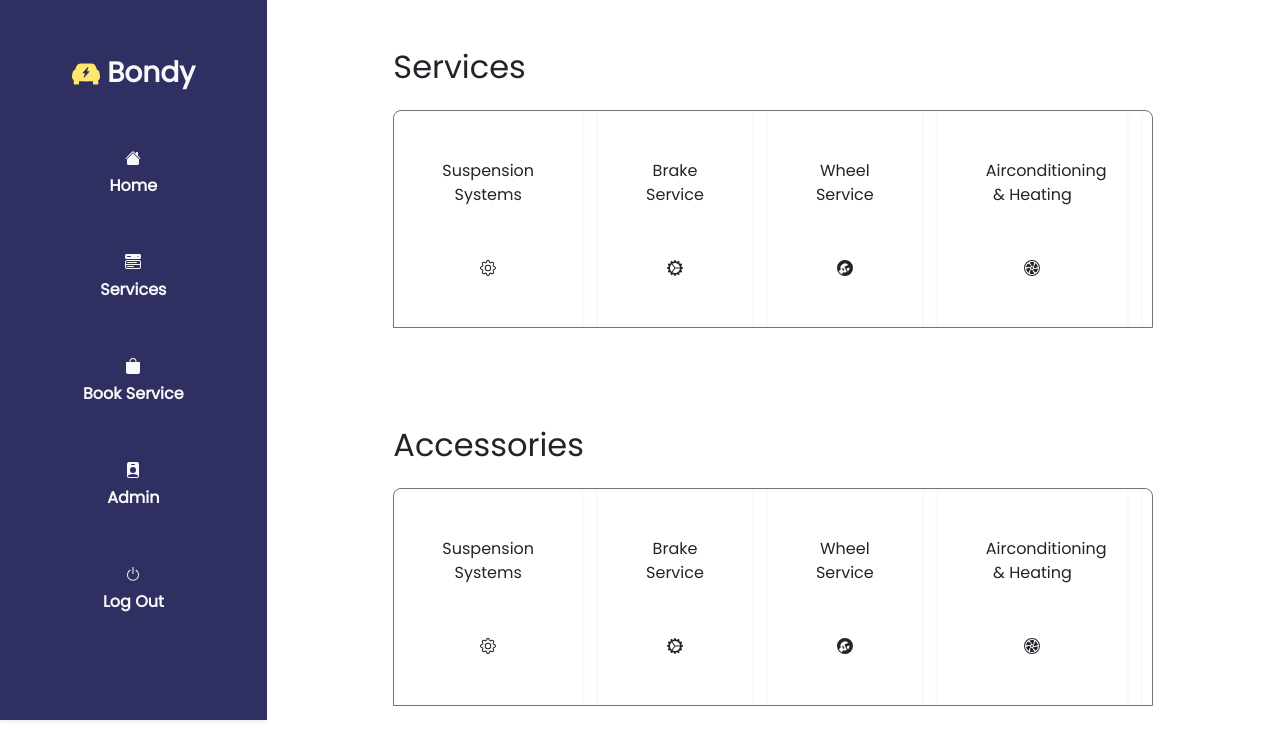
Repository: duzzisantos/bondy
Page: /
The author's editor kept a copy of each file at every save. The page is drawn from the files as they stood at one save, then again after the next save.
The browser window is 1280 px wide. The pictures show the whole page.
Some web libraries are served in a nearby version. The project was rebuilt for these pictures with package versions that can differ from the ones it lists, and the page was loaded fresh each time.

Above is the page before, as saved 2023-06-18 00:54:48.

After the next save:
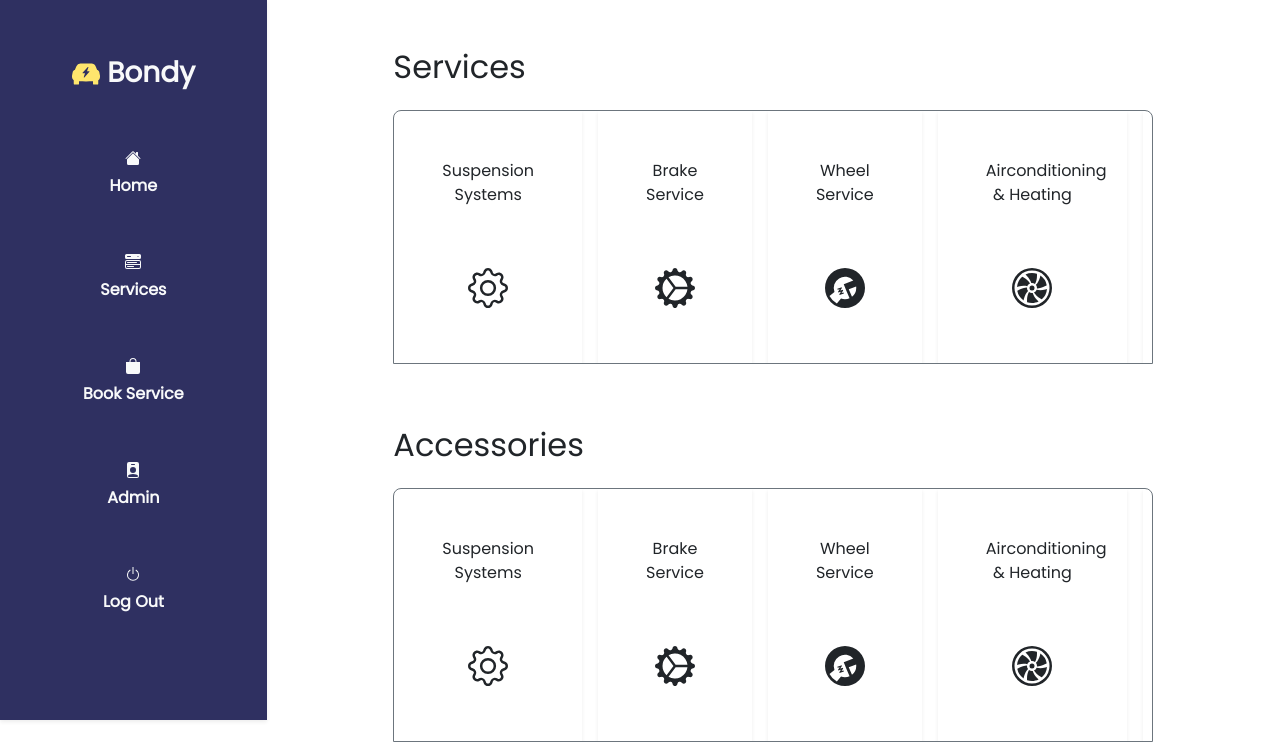
Saved 27 s later.
--- a/src/components/Home/LandingPageScrollContainer.tsx
+++ b/src/components/Home/LandingPageScrollContainer.tsx
@@ -24,7 +24,7 @@
             onClick={handleClick}
           >
             <span>{element.category}</span>
-            <span>{element.icon}</span>
+            <span className="fs-1">{element.icon}</span>
           </Link>
         ))}
       </div>

After the save that followed:
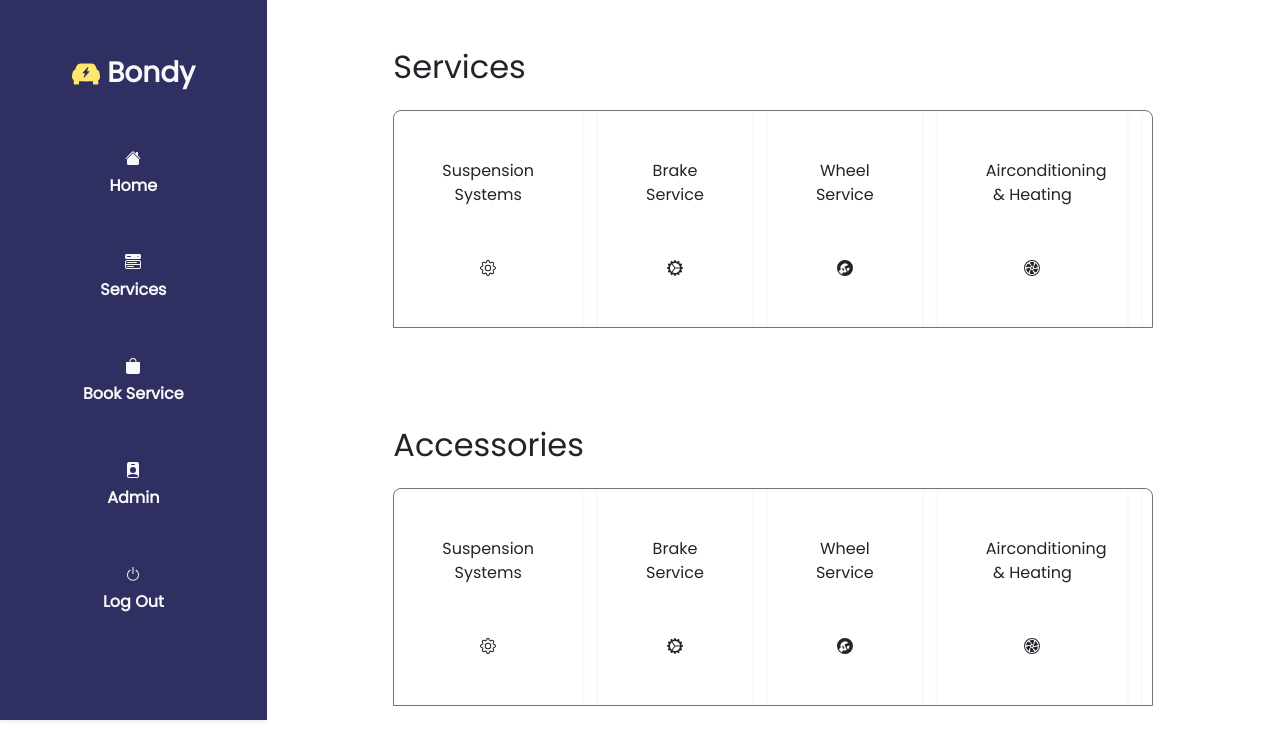
Saved 84 s later.
--- a/src/components/Home/LandingPageScrollContainer.tsx
+++ b/src/components/Home/LandingPageScrollContainer.tsx
@@ -24,7 +24,7 @@
             onClick={handleClick}
           >
             <span>{element.category}</span>
-            <span className="fs-1">{element.icon}</span>
+            <span className="service-icon-font">{element.icon}</span>
           </Link>
         ))}
       </div>
